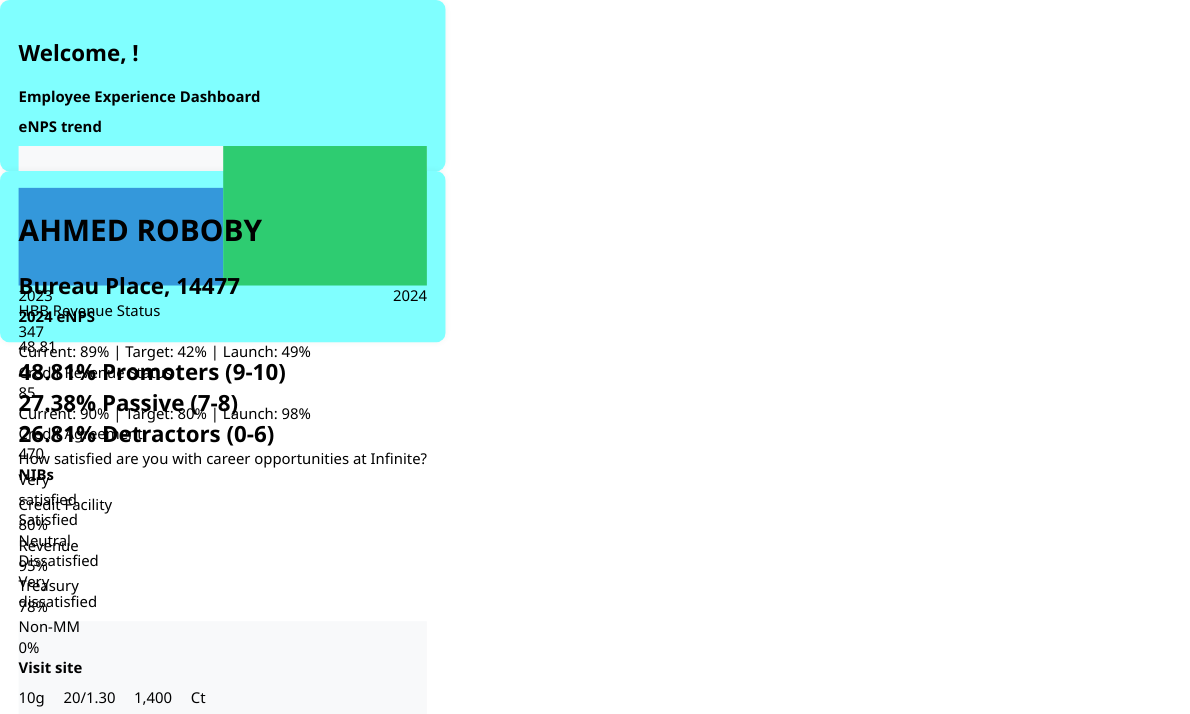
Repository: Ramaryal33/Airline-Management-System
Page: http://localhost/Airline_Management_System/WEB-INF/page/staffDashboard.jsp
These files come from the project's save history. The page is drawn as it stood at one moment and after the next save; the edit follows.
The browser window is 1280 px wide. The pictures show the whole page, at 93% of full size.
The page is served by Tomcat 10. Nobody is signed in. The template is opened directly, without the code that normally fills it, so the values that code supplies are empty.

Above is the page before, as saved 2025-05-02 00:07:46.

After the next save:
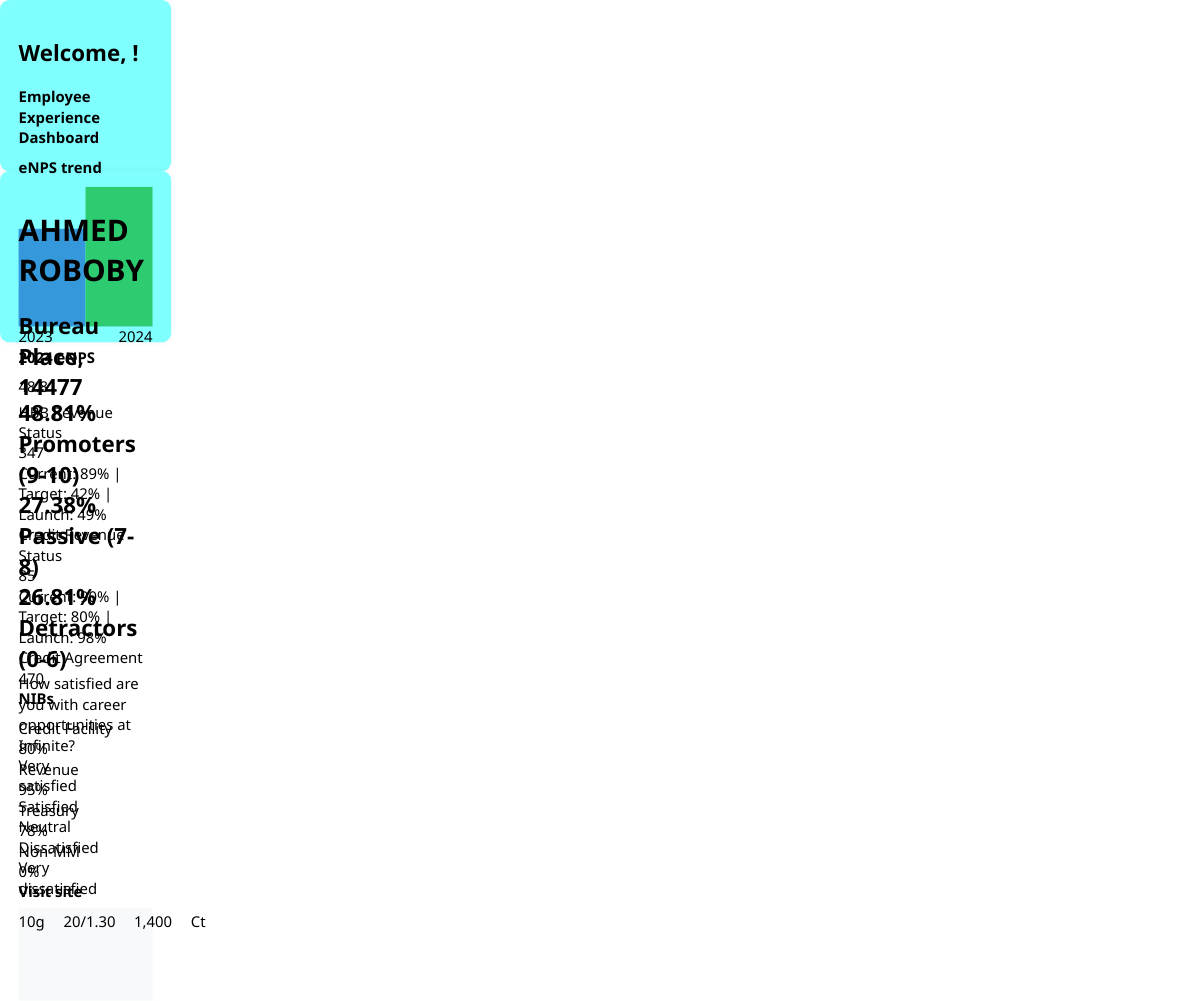
Saved 6 s later.
--- a/Airline_Management_System/src/main/webapp/css/staff.css
+++ b/Airline_Management_System/src/main/webapp/css/staff.css
@@ -65,7 +65,7 @@ body {
     background-color: rgb(128, 255, 255);
     padding: 20px;
     border-radius: 10px;
-    width: 20vn;
+    width: 20vh;
     height:20vh;
     box-shadow: 0 0 8px rgba(0,0,0,0.05);
 }
